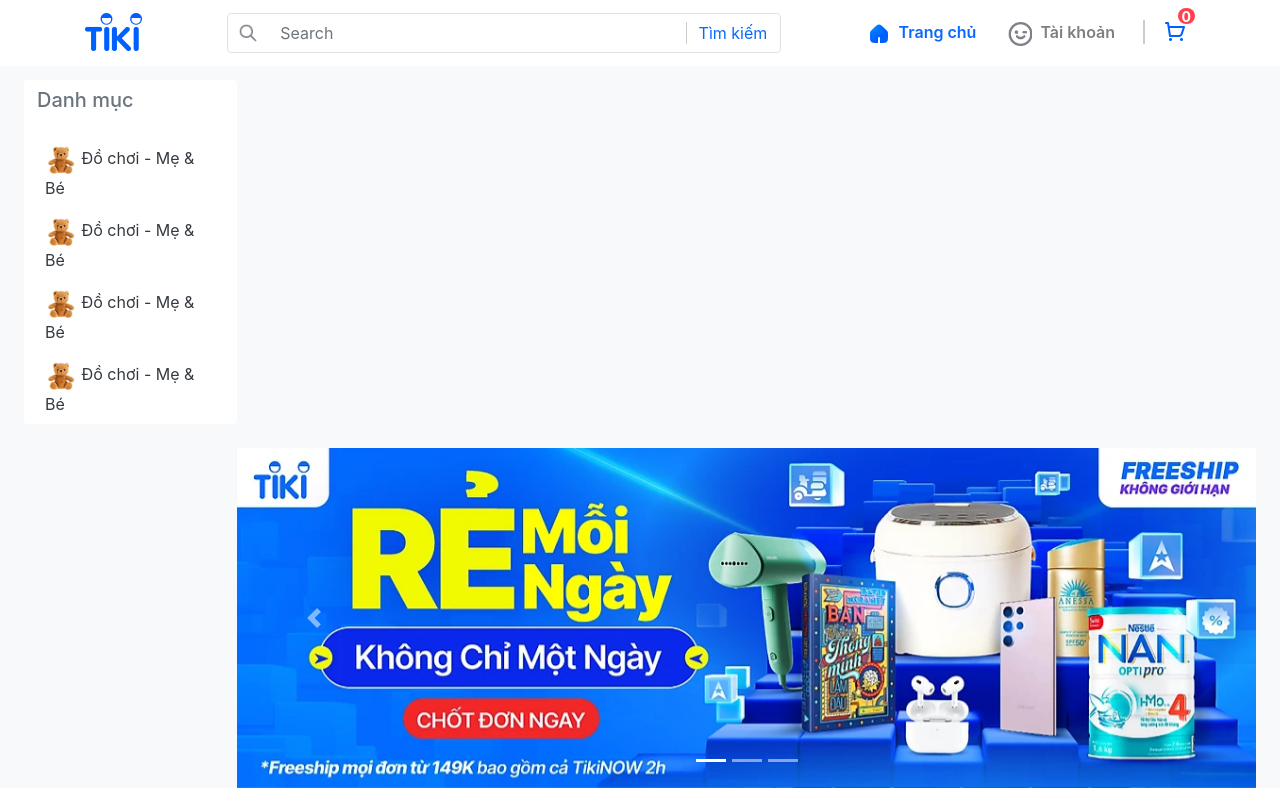
Repository: tam1512/website-ban-hang
Page: index.html
The author's editor kept a copy of each file at every save. The page is drawn from the files as they stood at one save, then again after the next save.
The browser window is 1280 px wide. The pictures show the whole page.
Some web libraries are served in a nearby version.

Above is the page before, as saved 2023-05-27 18:56:22.

### index.html
<!DOCTYPE html>
<html lang="en">
  <head>
    <meta charset="UTF-8" />
    <meta http-equiv="X-UA-Compatible" content="IE=edge" />
    <meta name="viewport" content="width=device-width, initial-scale=1.0" />
    <title>Tiki - Mua hàng online</title>
    <link
      rel="stylesheet"
      href="https://stackpath.bootstrapcdn.com/bootstrap/4.3.1/css/bootstrap.min.css"
      integrity="sha384-ggOyR0iXCbMQv3Xipma34MD+dH/1fQ784/j6cY/iJTQUOhcWr7x9JvoRxT2MZw1T"
      crossorigin="anonymous"
    />
    <link rel="stylesheet" href="css/home.css" />
  </head>
  <body>
    <div class="home-page bg-light">
      <!-- Header -->
      <nav class="navbar navbar-expand-lg navbar-light bg-white fixed-top">
        <div class="container">
          <a href="#" class="navbar-brand">
            <img
              src="img/icon/logo.png"
              alt="Tiki"
              width="57"
              height="40"
              class="d-inline-block align-top"
            />
          </a>
          <button
            class="navbar-toggler"
            type="button"
            data-toggle="collapse"
            data-target="#navbarNav"
            aria-controls="navbarNav"
            aria-expanded="false"
            aria-label="Toggle navigation"
          >
            <span class="navbar-toggler-icon"></span>
          </button>
          <form action="" class="form-inline">
            <div class="input-group border rounded bg-white align-items-center">
              <img
                class="search-icon"
                src="img/icon/search.png"
                alt="icon-search"
                width="20"
                height="20"
              />
              <input
                class="form-control border-0"
                type="search"
                placeholder="Search"
                aria-label="Search"
              />
              <button class="btn my-2 my-sm-0">Tìm kiếm</button>
            </div>
          </form>
          <div class="header-user collapse navbar-collapse" id="navbarNav">
            <ul class="navbar-nav mr-auto">
              <li class="nav-item active">
                <a href="#" class="nav-link home-icon">
                  <img
                    src="img/icon/home-active.png"
                    alt=""
                    width="24"
                    height="24"
                  />
                  Trang chủ
                </a>
              </li>
              <li class="nav-item">
                <div class="dropdown-account">
                  <a href="#" class="nav-link user-icon">
                    <img
                      src="img/icon/user.png"
                      alt=""
                      width="24"
                      height="24"
                    />
                    Tài khoản
                  </a>
                  <div class="dropdown-menu-account">
                    <a href="#" class="menu-item">Thông tin tài khoản</a>
                    <a href="#" class="menu-item">Đơn hàng của tôi</a>
                    <a href="#" class="menu-item">Đăng xuất</a>
                  </div>
                </div>
              </li>
              <li class="nav-item">
                <a href="#" class="nav-link cart-icon">
                  <img src="img/icon/cart.png" alt="" width="24" height="24" />
                  <span class="quantity-product-cart">0</span>
                </a>
              </li>
            </ul>
          </div>
        </div>
      </nav>
      <!-- Sidebar -->
      <div class="container-fluid bg-light">
        <div class="row">
          <div class="col-md-2 d-none d-md-block bg-white rounded sidebar ml-4">
            <div class="sidebar-sticky">
              <h5
                class="sidebar-heading d-flex justify-content-between align-items-center mt-2 mb-1 ml-2 text-muted"
              >
                Danh mục
              </h5>
              <ul class="nav flex-column mt-4">
                <li class="nav-item rounded">
                  <a href="#" class="nav-link text-dark">
                    <img
                      src="img/category/dochoi-me&be.png"
                      width="32"
                      height="32"
                      alt=""
                    />
                    Đồ chơi - Mẹ & Bé</a
                  >
                </li>
                <li class="nav-item rounded">
                  <a href="#" class="nav-link text-dark">
                    <img
                      src="img/category/dochoi-me&be.png"
                      width="32"
                      height="32"
                      alt=""
                    />
                    Đồ chơi - Mẹ & Bé</a
                  >
                </li>
                <li class="nav-item rounded">
                  <a href="#" class="nav-link text-dark">
                    <img
                      src="img/category/dochoi-me&be.png"
                      width="32"
                      height="32"
                      alt=""
                    />
                    Đồ chơi - Mẹ & Bé</a
                  >
                </li>
                <li class="nav-item rounded">
                  <a href="#" class="nav-link text-dark">
                    <img
                      src="img/category/dochoi-me&be.png"
                      width="32"
                      height="32"
                      alt=""
                    />
                    Đồ chơi - Mẹ & Bé</a
                  >
                </li>
              </ul>
            </div>
          </div>
        </div>
      </div>

      <!-- Main content -->
      <main role="main" class="col-md-10 ml-sm-auto col-lg-10 px-4">
        <!-- Slider -->
        <div
          id="carouselIndicators"
          class="carousel slide my-4"
          data-ride="carousel"
        >
          <!-- Caeousel (thanh truoc) -->
          <ol class="carousel-indicators">
            <li
              data-target="#carouselIndicators"
              data-slide-to="0"
              class="active"
            ></li>
            <li data-target="#carouselIndicators" data-slide-to="1"></li>
            <li data-target="#carouselIndicators" data-slide-to="2"></li>
          </ol>
          <!-- list slider -->
          <div class="carousel-inner" role="listbox">
            <div class="carousel-item active">
              <img src="img/slider/1-1.png" class="d-block img-fluid" alt="" />
            </div>
            <div class="carousel-item active">
              <img src="img/slider/1-2.png" class="d-block img-fluid" alt="" />
            </div>
            <div class="carousel-item active">
              <img src="img/slider/1.png" class="d-block img-fluid" alt="" />
            </div>
            <div class="carousel-item active">
              <img src="img/slider/2.png" class="d-block img-fluid" alt="" />
            </div>
            <div class="carousel-item active">
              <img src="img/slider/3.png" class="d-block img-fluid" alt="" />
            </div>
          </div>
          <!-- prev and next -->
          <a
            href="#carouselIndicators"
            class="carousel-control-prev"
            role="button"
            data-slide="prev"
          >
            <span class="carousel-control-prev-icon" aria-hidden="true"></span>
            <spna class="sr-only">Previous</spna>
          </a>
          <a
            href="#carouselIndicators"
            class="carousel-control-next"
            role="button"
            data-slide="next"
          >
            <span class="carousel-control-next-icon" aria-hidden="true"></span>
            <spna class="sr-only">Next</spna>
          </a>
        </div>
      </main>
    </div>
    <!-- Bootstrap JavaScript -->
    <script
      src="https://code.jquery.com/jquery-3.3.1.slim.min.js"
      integrity="sha384-q8i/X+965DzO0rT7abK41JStQIAqVgRVzpbzo5smXKp4YfRvH+8abtTE1Pi6jizo"
      crossorigin="anonymous"
    ></script>
    <script
      src="https://cdn.jsdelivr.net/npm/@popperjs/core@2.10.2/dist/umd/popper.min.js"
      integrity="sha384-4QJ63v0fU4zqSw8sT5WzE5uYIhSvP5b+Dj7B6pV8j2p6Zx3QJ4f1PcE1y9nHt6wN"
      crossorigin="anonymous"
    ></script>
    <script
      src="https://stackpath.bootstrapcdn.com/bootstrap/4.3.1/js/bootstrap.min.js"
      integrity="sha384-JjSmVgyd0p3pXB1rRibZUAYoIIy6OrQ6VrjIEaFf/nJGzIxFDsf4x0xIM+B07jRM"
      crossorigin="anonymous"
    ></script>
  </body>
</html>

### css/home.css
:root {
  --primary-color: rgb(10, 104, 255);
}

.home-page {
  padding-top: 80px;
}

/* Header */

/* Search */
.container .form-inline {
  flex: 1;
  justify-content: center;
}

.form-inline .input-group {
  width: 80%;
}

.home-page .navbar .form-control {
  border: none;
}

.search-icon {
  margin: 0 10px;
}

.input-group input.form-control:focus,
.input-group button.btn:focus {
  box-shadow: none;
  border-color: transparent;
}

.input-group:focus-within {
  border: 1px solid var(--primary-color) !important;
}
.input-group button.btn:hover {
  background-color: rgba(10, 104, 255, 0.2);
}
.input-group button.btn {
  position: relative;
  border-top-left-radius: 0;
  border-bottom-left-radius: 0;
  color: var(--primary-color);
}
.input-group button.btn::after {
  content: "";
  position: absolute;
  width: 1px;
  height: 60%;
  top: 20%;
  left: -1px;
  background-color: #ccc;
}

/* Header-user */
.active a {
  font-weight: 600;
  color: var(--primary-color) !important;
}

.home-icon,
.user-icon {
  padding: 8px 16px !important;
  border-radius: 8px;
  font-weight: 600;
}

.cart-icon {
  display: flex;
  position: relative;
  align-items: center;
  justify-content: center;
  width: 40px;
  height: 40px;
  border-radius: 8px;
  margin-left: 24px;
}

.quantity-product-cart {
  display: flex;
  align-items: center;
  justify-content: center;
  position: absolute;
  top: -4px;
  right: 0;
  font-size: 14px;
  background-color: rgb(255, 66, 79);
  height: 16px;
  border-radius: 8px;
  color: white;
  padding: 0.5px 4px;
  text-align: center;
  font-weight: 700;
}

.cart-icon::after {
  content: "";
  position: absolute;
  width: 2px;
  height: 24px;
  left: -12px;
  top: 50%;
  transform: translateY(-50%);
  background-color: #ccc;
}

.home-icon:hover,
.user-icon:hover,
.cart-icon:hover {
  background-color: rgba(10, 104, 255, 0.2);
}

.home-icon img,
.user-icon img {
  margin-right: 4px;
}

.home-page .navbar .container .navbar-collapse {
  flex-grow: unset;
}

.dropdown-account {
  position: relative;
}

.dropdown-menu-account {
  display: none;
  position: absolute;
  right: 0;
  top: calc(100% - 1px);
  padding: 10px 0;
  border-radius: 8px;
  border: 1px solid rgb(239, 239, 239);
  background-color: #fff;
  width: 240px;
  justify-content: center;
  flex-direction: column;
}

.dropdown-account:hover .dropdown-menu-account {
  display: flex;
}

.dropdown-menu-account .menu-item {
  color: rgb(39, 39, 42);
  padding: 8px 16px;
}

.dropdown-menu-account .menu-item:hover {
  color: var(--primary-color);
  background-color: rgba(39, 39, 42, 0.12);
  text-decoration: none;
}

/* Side bar */
.sidebar-sticky {
  margin-left: -10px;
  margin-right: -10px;
}

.sidebar .nav .nav-item:hover {
  transition: all 0.4s ease-in-out;
  background-color: rgba(39, 39, 42, 0.24);
}

After the next save:
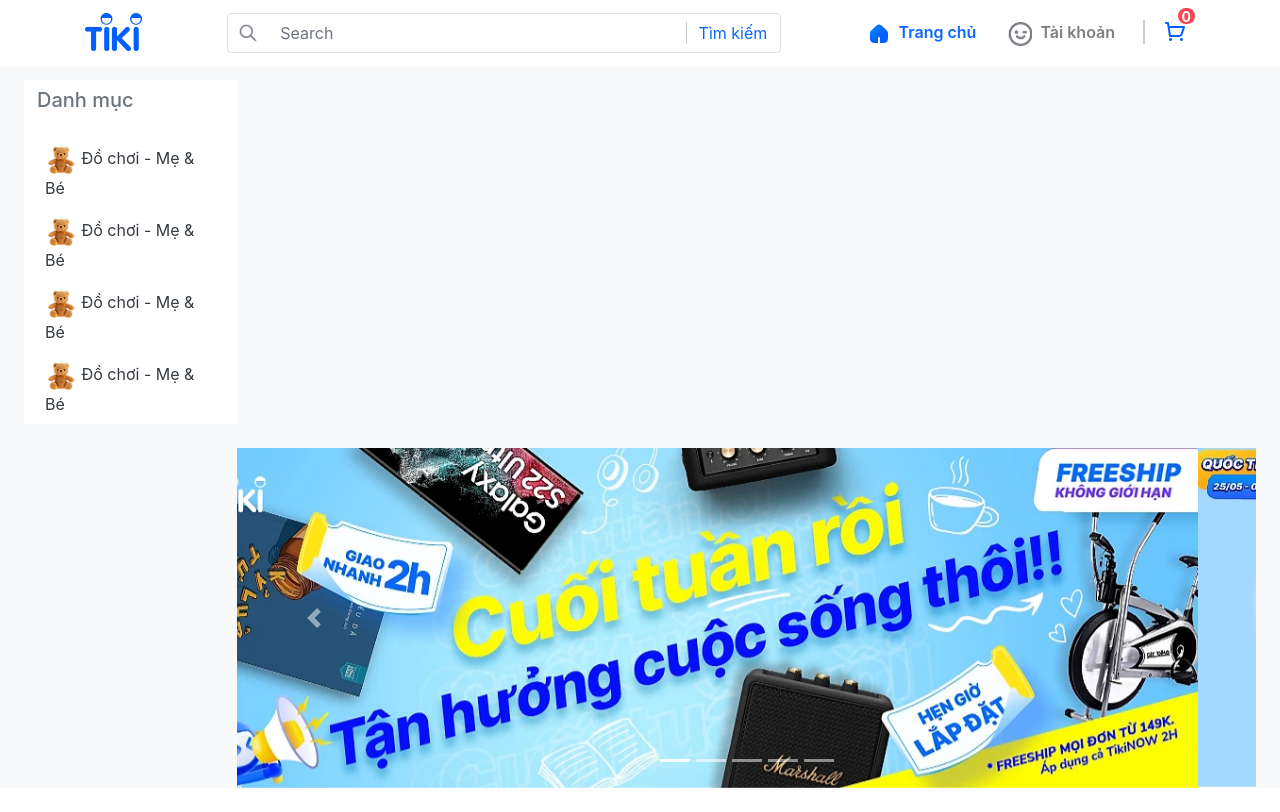
Saved 77 s later.
--- a/index.html
+++ b/index.html
@@ -175,22 +175,24 @@
             ></li>
             <li data-target="#carouselIndicators" data-slide-to="1"></li>
             <li data-target="#carouselIndicators" data-slide-to="2"></li>
+            <li data-target="#carouselIndicators" data-slide-to="4"></li>
+            <li data-target="#carouselIndicators" data-slide-to="5"></li>
           </ol>
           <!-- list slider -->
           <div class="carousel-inner" role="listbox">
             <div class="carousel-item active">
               <img src="img/slider/1-1.png" class="d-block img-fluid" alt="" />
             </div>
-            <div class="carousel-item active">
+            <div class="carousel-item">
               <img src="img/slider/1-2.png" class="d-block img-fluid" alt="" />
             </div>
-            <div class="carousel-item active">
+            <div class="carousel-item">
               <img src="img/slider/1.png" class="d-block img-fluid" alt="" />
             </div>
-            <div class="carousel-item active">
+            <div class="carousel-item">
               <img src="img/slider/2.png" class="d-block img-fluid" alt="" />
             </div>
-            <div class="carousel-item active">
+            <div class="carousel-item">
               <img src="img/slider/3.png" class="d-block img-fluid" alt="" />
             </div>
           </div>
